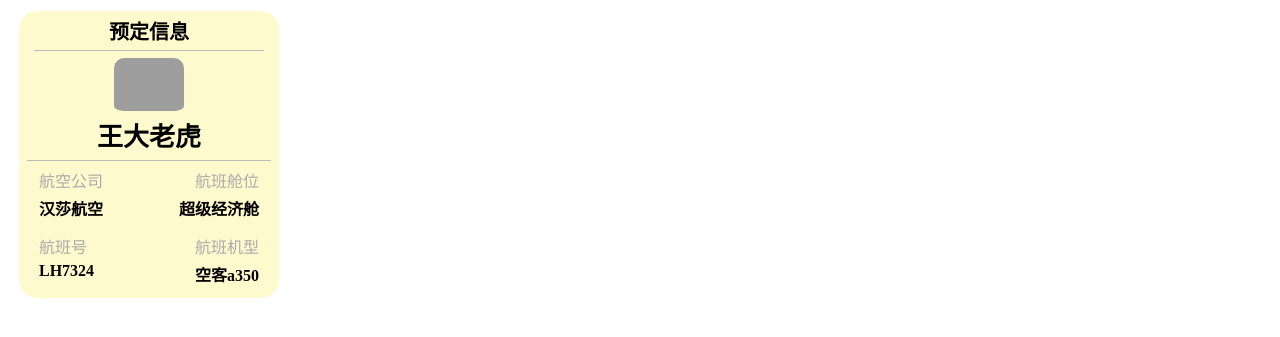
Repository: xzm1997/react-learning
Page: /
The author's editor kept a copy of each file at every save. The page is drawn from the files as they stood at one save, then again after the next save.
The browser window is 1280 px wide. The pictures show the whole page.
Pictures or frames that could not be fetched are drawn as grey boxes. The project was rebuilt for these pictures with package versions that can differ from the ones it lists, and the page was loaded fresh each time.

Above is the page before, as saved 2023-01-31 11:12:28.

After the next save:
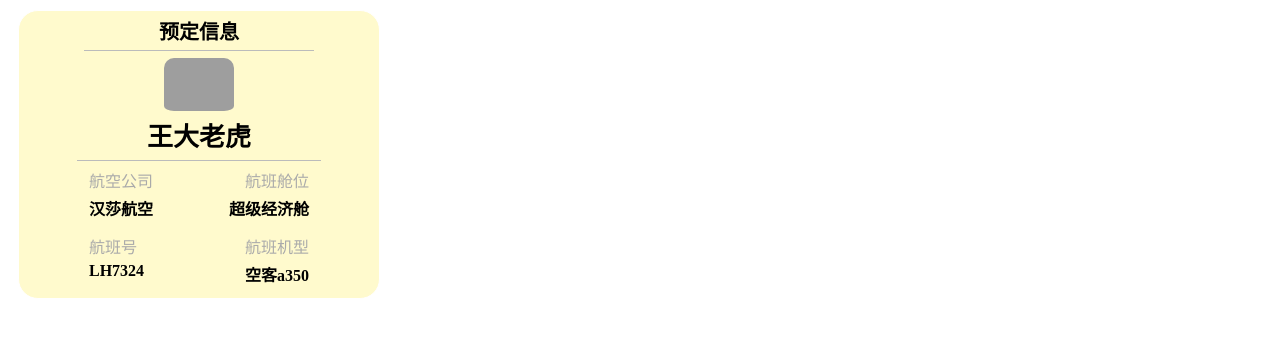
Saved 7 s later.
--- a/src/index.css
+++ b/src/index.css
@@ -1,5 +1,5 @@
 .contentDisplay {
-  width: 250px;
+  width: 350px;
   border: solid 1px #fff;
   background: lemonchiffon;
   border-radius: 20px;
